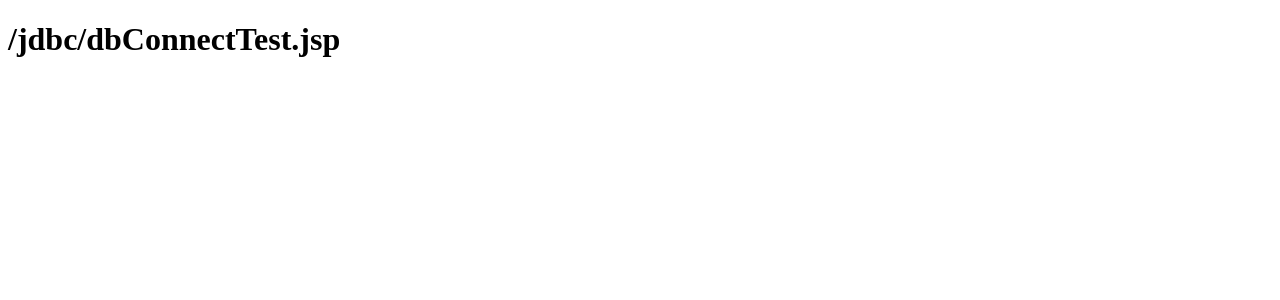
Repository: HeeYoung9/young9
Page: http://localhost/JSP7/JDBC/dbConnectTest.jsp
An editor plug-in stored every save of this project. The page is shown before and after the next save, followed by the edit.
The browser window is 1280 px wide. The pictures show the whole page.
The page is served by Tomcat 9.

Above is the page before, as saved 2023-08-25 03:40:07.

After the next save:
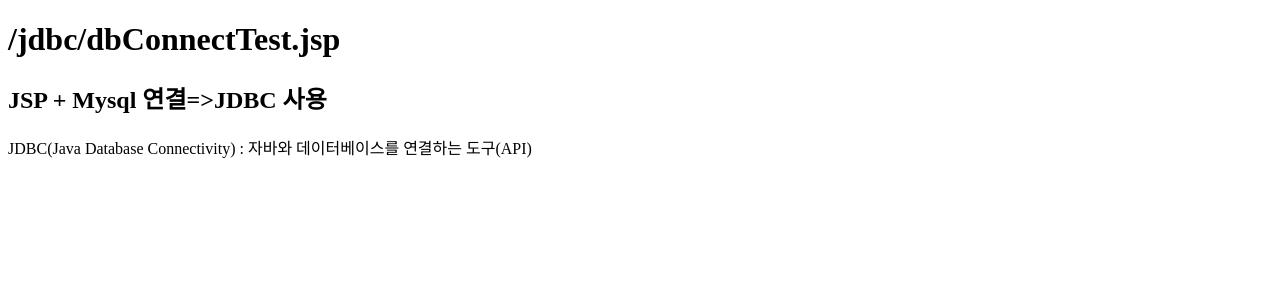
Saved 3 min 17 s later.
--- a/JSP7/src/main/webapp/JDBC/dbConnectTest.jsp
+++ b/JSP7/src/main/webapp/JDBC/dbConnectTest.jsp
@@ -10,5 +10,12 @@
 
 <h1>/jdbc/dbConnectTest.jsp </h1>
 
+<h2> JSP + Mysql 연결=>JDBC 사용 </h2>
+<p>
+	JDBC(Java Database Connectivity) :
+	자바와 데이터베이스를 연결하는 도구(API)
+
+
+</p>
 </body>
 </html>
